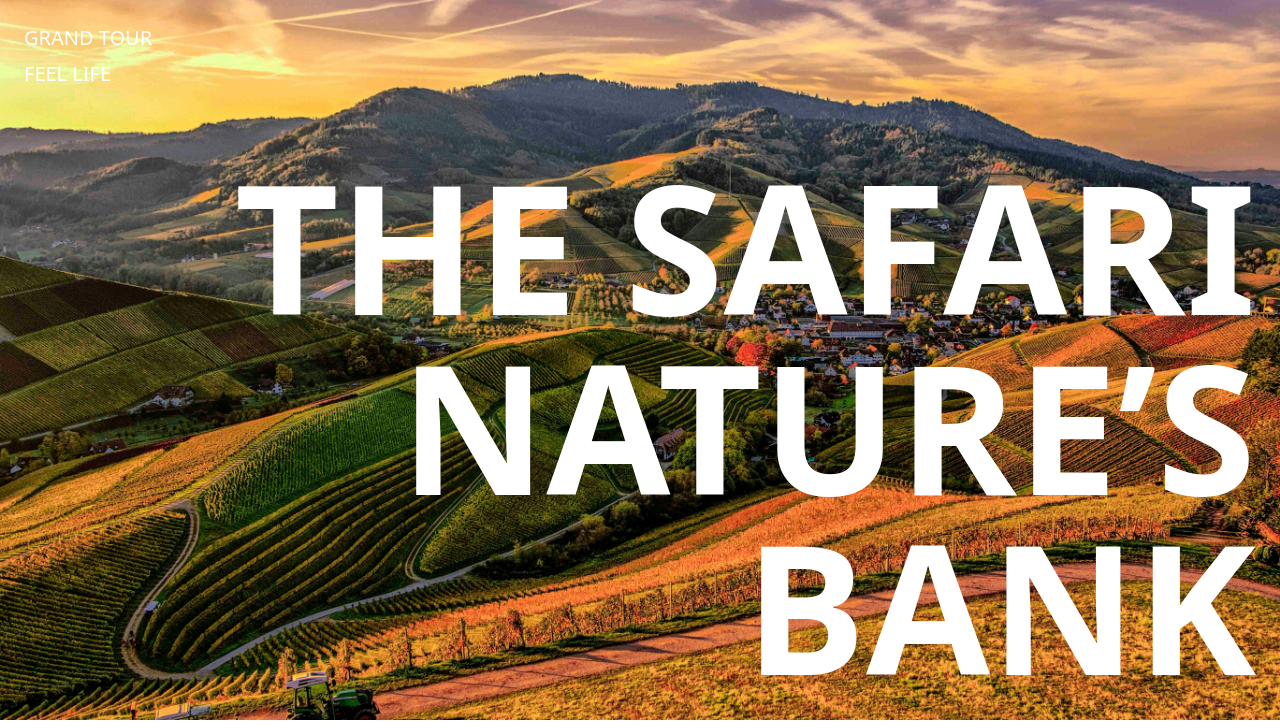
Repository: mikol-ux/Safari
Page: /
These files come from the project's save history. The page is drawn as it stood at one moment and after the next save; the edit follows.
The browser window is 1280 px wide. The pictures show the whole page.
The project was rebuilt for these pictures with package versions that can differ from the ones it lists, and the page was loaded fresh each time. The framework's server and built-in components were replaced by stand-ins that run in the browser. Also part of the build but not shown: next.config.ts.

Above is the page before, as saved 2025-05-29 02:13:05.

### app/layout.tsx
import type { Metadata } from "next";
import { Geist, Geist_Mono } from "next/font/google";
import "./globals.css";

const geistSans = Geist({
	variable: "--font-geist-sans",
	subsets: ["latin"],
});

const geistMono = Geist_Mono({
	variable: "--font-geist-mono",
	subsets: ["latin"],
});

export const metadata: Metadata = {
	title: "Create Next App",
	description: "Generated by create next app",
};

export default function RootLayout({
	children,
}: Readonly<{
	children: React.ReactNode;
}>) {
	return (
		<html lang="en">
			<body className="">{children}</body>
		</html>
	);
}

### app/page.tsx
export default function Home() {
	return (
		<section className="h-screen bg-[url('/landscape.jpg')] bg-cover bg-no-repeat bg-center text-white text-black">
			<div className="h-full w-full flex flex-col justify-between p-6">
				<div className="text-left space-y-2">
					<p className="text-xl uppercase">grand tour</p>
					<p className="text-xl uppercase">feel life</p>
				</div>
				<div className="text-right font-bold leading-none">
					<p className="text-[69px] min-[480px]:text-[90px] sm:text-[120px] lg:text-[150px] xl:text-[180px] 3xl:text-[215px]">
						THE SAFARI
					</p>
					<p className="text-[69px] min-[480px]:text-[90px] sm:text-[120px] lg:text-[150px] xl:text-[180px] 3xl:text-[215px]">
						NATURE’S BANK
					</p>
				</div>
			</div>
		</section>
	);
}

### app/globals.css
@import "tailwindcss";

@theme {
	/* Base Colors */
	--black: #000000;
	--white: #ffffff;
	--muted-blue: #6c8ea3;
	--pitch-dark-blue: #202a30;
	--sky-blue: #bee8ff;
	--deep-blue: #438db5;

	/* Muted Text Colors */
	--muted-text: #999999;
	--muted-text-2: #cccccc;
	--muted-text-3: #595959;
	--muted-text-4: #333333;
	--muted-text-5: #b3b3b3;
	--muted-text-6: #a6a6a6;
	--muted-text-7: #1a1a1a;
	--muted-text-8: #808080;
	--muted-text-9: #262626;
	--muted-text-10: #c6c6c6;
	--muted-text-11: #bfbfbf;
	--muted-text-12: #292929;
	--muted-text-13: #010e0c;

	/* Break Points */
	--breakpoint-3xl: 120rem;
	--breakpoint-4xl: 128rem;
	--breakpoint-5xl: 160rem;
	--breakpoint-6xl: 240rem;

	/* Font */
	--font-General-Sans: "General Sans", sans-serif;

	/* Mapped Colors */
	--color-black: var(--black);
	--color-white: var(--white);
	--color-muted-blue: var(--muted-blue);
	--color-pitch-dark-blue: var(--pitch-dark-blue);
	--color-sky-blue: var(--sky-blue);
	--color-deep-blue: var(--deep-blue);

	/* Mapped Muted Colors */
	--color-muted: var(--muted-text);
	--color-muted-2: var(--muted-text-2);
	--color-muted-3: var(--muted-text-3);
	--color-muted-4: var(--muted-text-4);
	--color-muted-5: var(--muted-text-5);
	--color-muted-6: var(--muted-text-6);
	--color-muted-7: var(--muted-text-7);
	--color-muted-8: var(--muted-text-8);
	--color-muted-9: var(--muted-text-9);
	--color-muted-10: var(--muted-text-10);
	--color-muted-11: var(--muted-text-11);
	--color-muted-12: var(--muted-text-12);
	--color-muted-13: var(--muted-text-13);
}

/* for button border gradient */
@utility mask-content-box {
	-webkit-mask: linear-gradient(#fff 0 0) content-box, linear-gradient(#fff 0 0);
	mask: linear-gradient(#fff 0 0) content-box, linear-gradient(#fff 0 0);
	-webkit-mask-composite: destination-out;
	mask-composite: exclude;
}

@utility bg-gradient-dir {
	content: var(--tw-content);
	--tw-gradient-position: var(--tw-gradient-direction, to right) in oklab;
	background-image: linear-gradient(var(--tw-gradient-stops));
}

/* For Animated Text */
.tpk-text-clip div {
	clip-path: polygon(0 0, 100% 0, 100% 100%, 0% 100%);
}

.tpk-override-clip div {
	clip-path: none !important;
}

/* Page Transition */
::view-transition-old(root),
::view-transition-new(root) {
	animation: none !important;
}

::view-transition-group(root) {
	z-index: auto !important;
}

::view-transition-image-pair(root) {
	isolation: isolate;
	will-change: transform, opacity, clip-path;
	z-index: 1;
}

::view-transition-new(root) {
	z-index: 10000;
	animation: none !important;
}

::view-transition-old(root) {
	z-index: 1;
	animation: none !important;
}

.client-overflow-scroll::-webkit-scrollbar-track,
.client-overflow-scroll::-webkit-scrollbar {
	@apply hidden;
}

input:-webkit-autofill,
input:-webkit-autofill:hover,
input:-webkit-autofill:focus,
input:-webkit-autofill:active {
	-webkit-box-shadow: 0 0 0 1000px transparent inset !important;
	box-shadow: 0 0 0 1000px transparent inset !important;
	-webkit-text-fill-color: inherit !important;
	color: white !important;
	transition: background-color 9999s ease-in-out 0s !important;
	background-color: transparent !important;
}

After the next save:
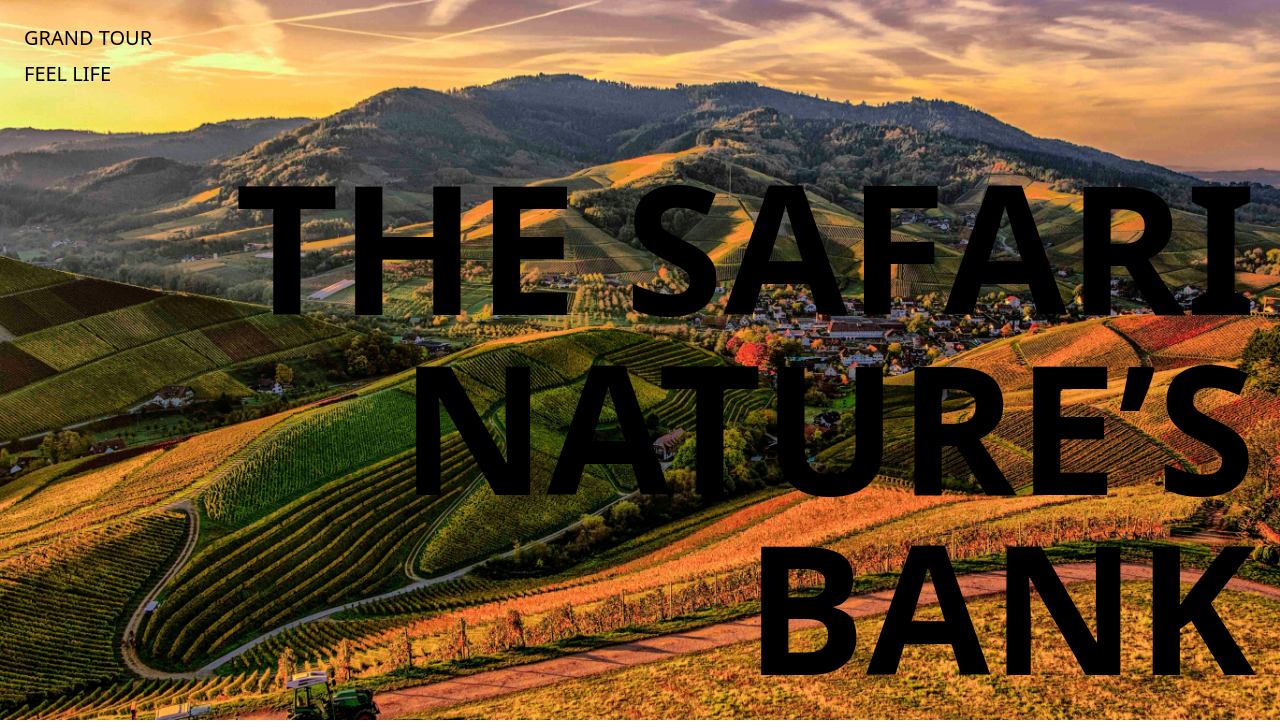
Saved 7 s later.
--- a/app/page.tsx
+++ b/app/page.tsx
@@ -1,6 +1,6 @@
 export default function Home() {
 	return (
-		<section className="h-screen bg-[url('/landscape.jpg')] bg-cover bg-no-repeat bg-center text-white text-black">
+		<section className="h-screen bg-[url('/landscape.jpg')] bg-cover bg-no-repeat bg-center text-black">
 			<div className="h-full w-full flex flex-col justify-between p-6">
 				<div className="text-left space-y-2">
 					<p className="text-xl uppercase">grand tour</p>
